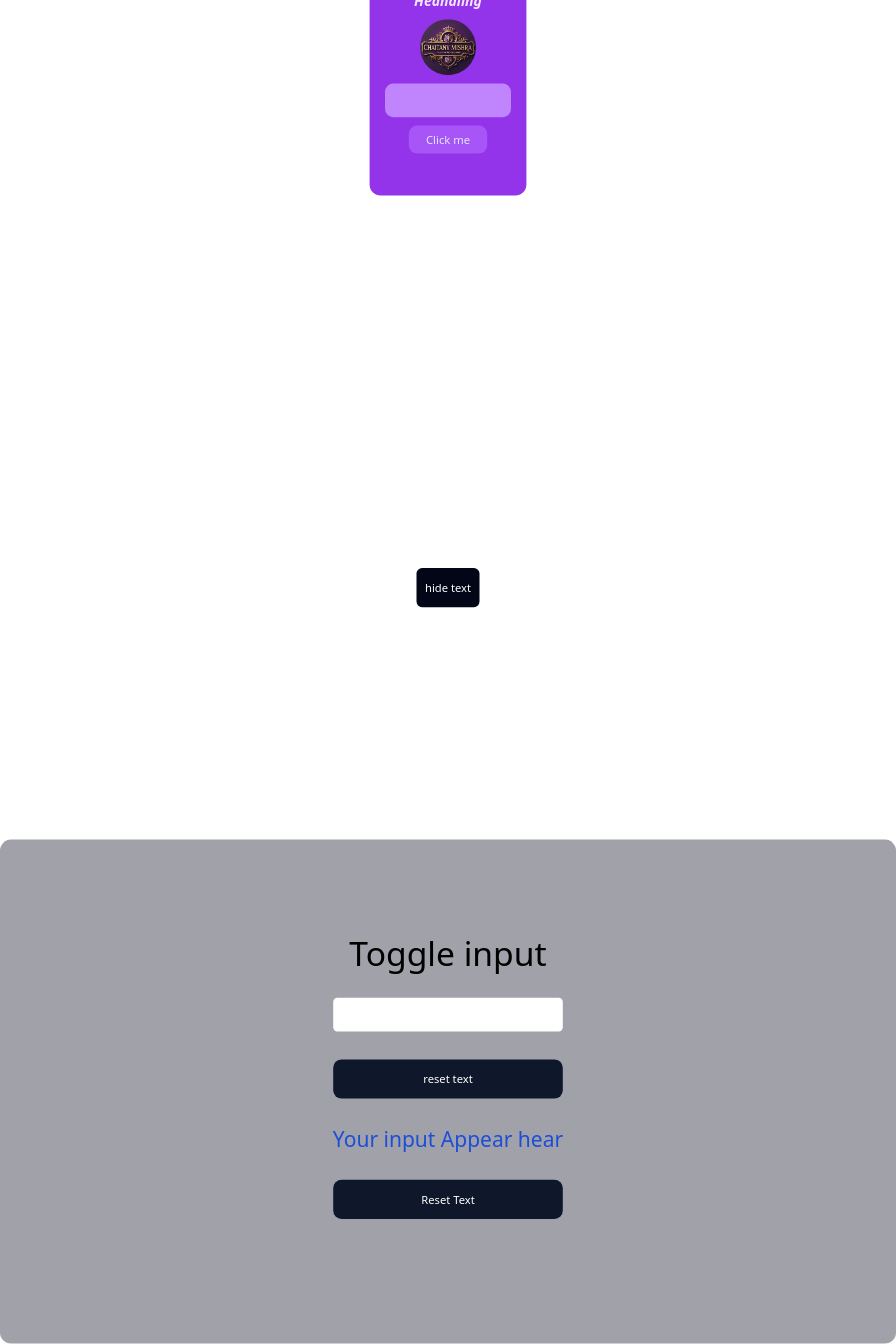
Repository: ChaitanyMishra/react-daily-work
Page: / (app in praticeForReact/revise-react/)
An editor plug-in stored every save of this project. The page is shown before and after the next save, followed by the edit.
The browser window is 1280 px wide. The pictures show the part of the page from y = 828 to 2748 px (the page is 2748 px tall), at 70% of full size.
The project was rebuilt for these pictures with package versions that can differ from the ones it lists, and the page was loaded fresh each time. Also part of the build but not shown: praticeForReact/revise-react/vite.config.js.

Above is the page before, as saved 2025-07-03 20:35:23.

After the next save:
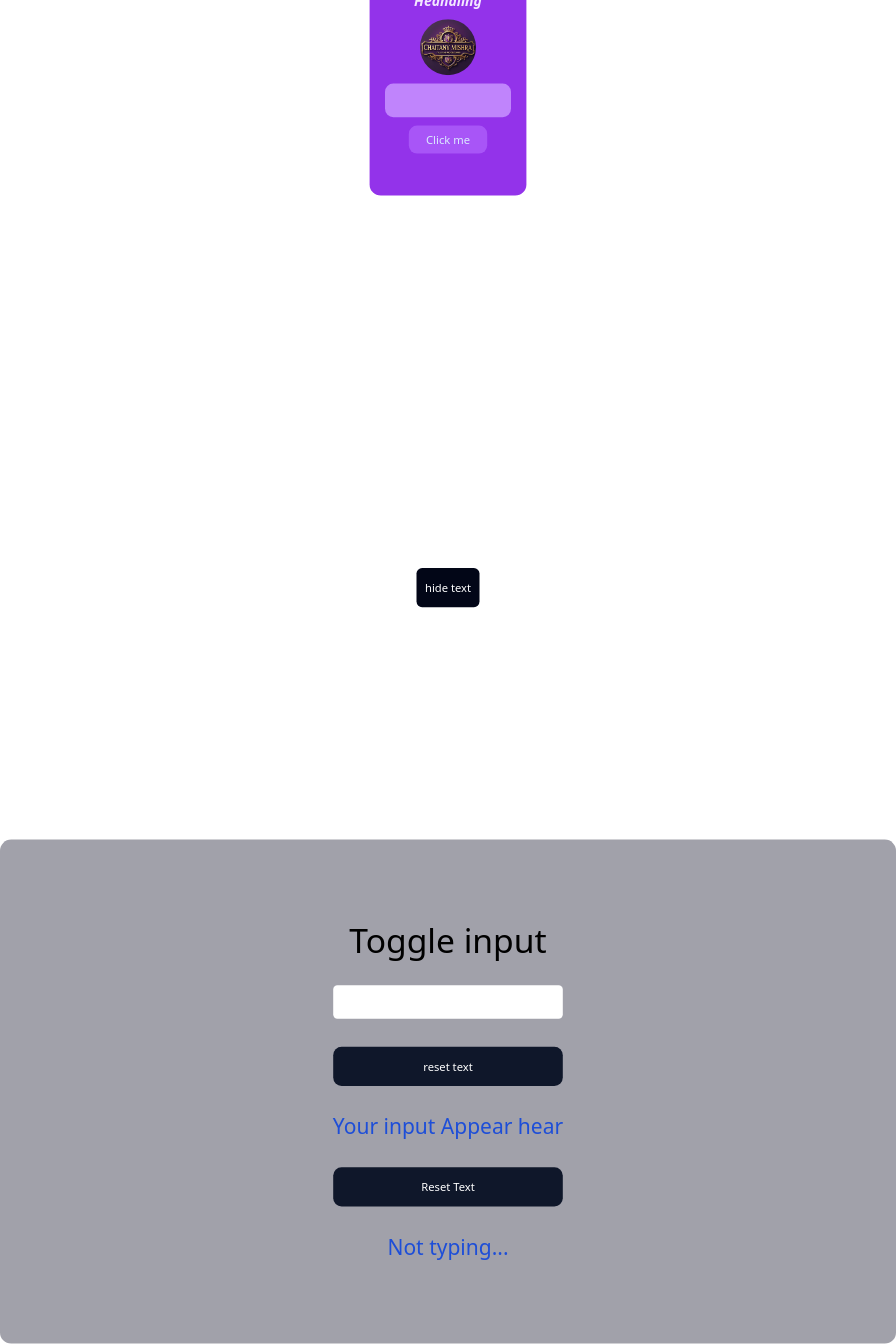
Saved 32 s later.
--- a/praticeForReact/revise-react/src/components/toggleInput.jsx
+++ b/praticeForReact/revise-react/src/components/toggleInput.jsx
@@ -24,7 +24,7 @@ function ToggleInput() {
             <button className='px-3 py-4 rounded-xl bg-slate-900 text-white' onClick={() => setButtonState(!buttonState)}>{buttonState ? "click me" : "reset text"}</button>
             <p className=' text-3xl text-center text-blue-700' id='pera'>Your input Appear hear {input} </p>
             <button  className='px-3 py-4 rounded-xl bg-slate-900 text-white' onClick={() => setInput("")}>Reset Text</button>
-            <p className=' text-3xl text-center text-blue-700' >{setTypingStatus}</p>
+            <p className=' text-3xl text-center text-blue-700' >{typing}</p>
       </div>
     </div>
   )
